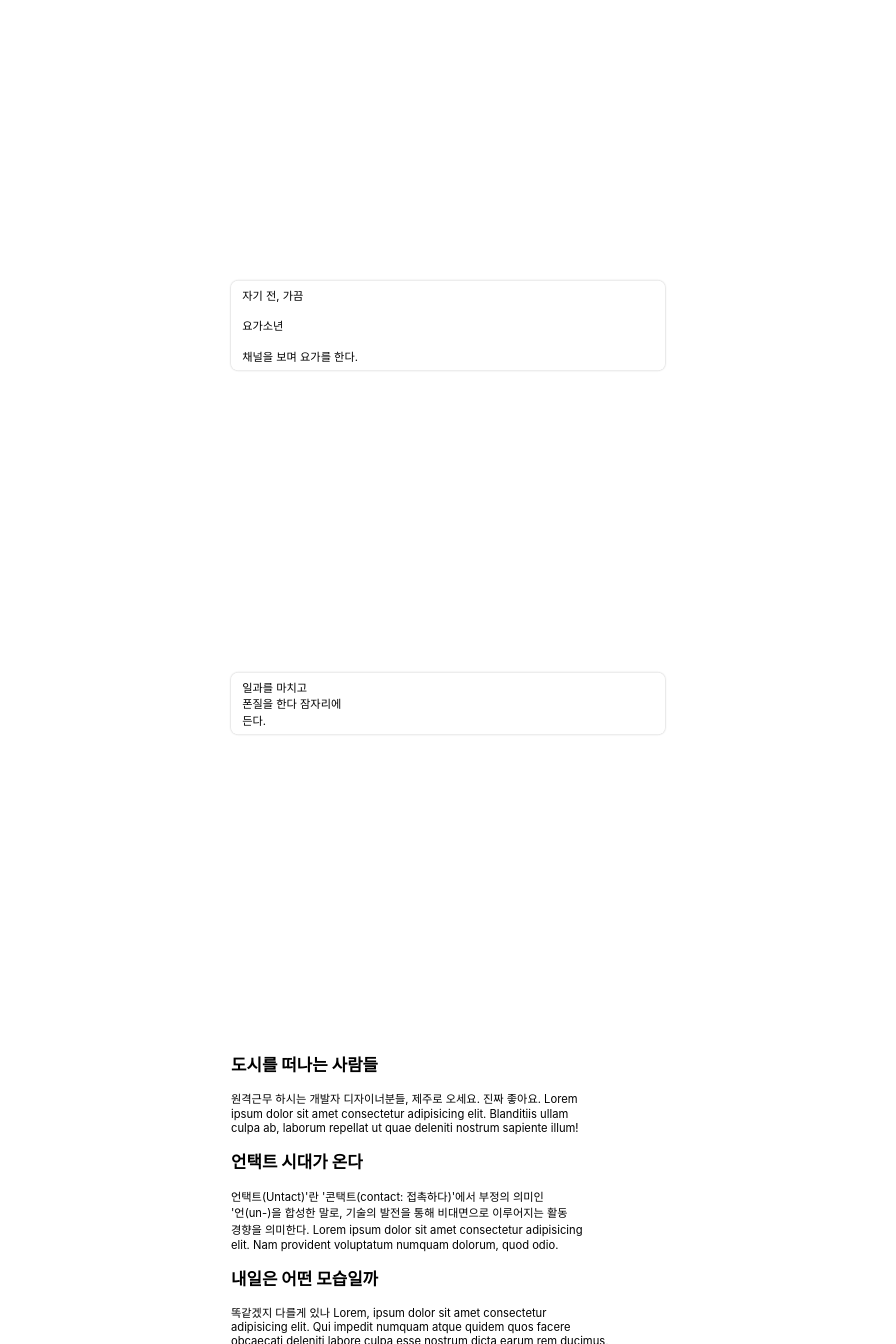
Repository: westone034626/ReactPractice
Page: /
These files come from the project's save history. The page is drawn as it stood at one moment and after the next save; the edit follows.
The browser window is 1280 px wide. The pictures show the part of the page from y = 4580 to 6500 px (the page is 6550 px tall before and 11658 px after), at 70% of full size.
The project was rebuilt for these pictures with package versions that can differ from the ones it lists, and the page was loaded fresh each time. Also part of the build but not shown: src/App.css.

Above is the page before, as saved 2021-10-31 23:52:48.

After the next save:
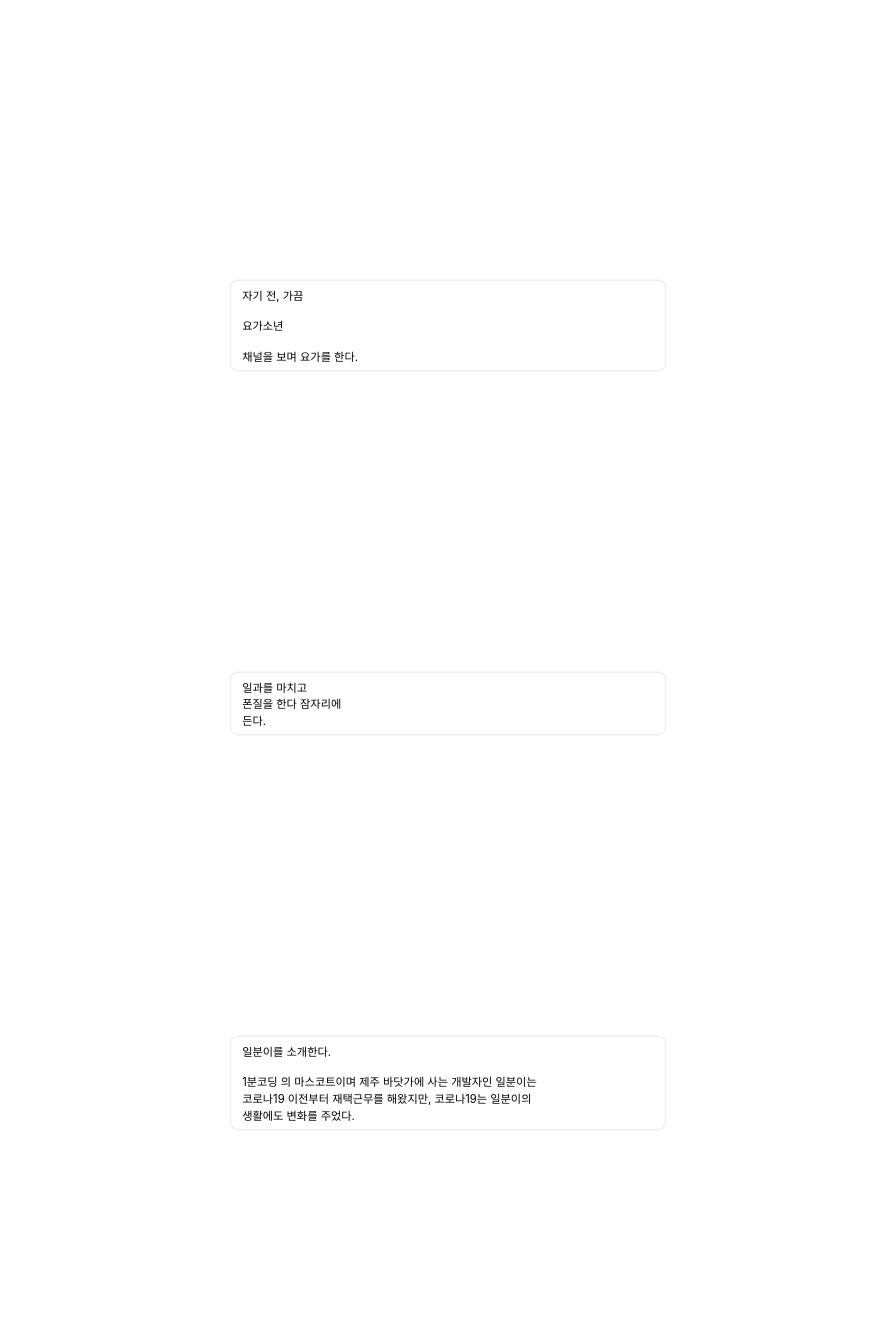
Saved 45 s later.
--- a/src/App.js
+++ b/src/App.js
@@ -101,6 +101,11 @@
           ))}
         </div>
         <div className={`${styles.scrollText} ${styles.globalWidth}`}>
+          {stepItems.map((stepItem) => (
+            <div className={styles.step}>
+              <p style={{ whiteSpace: 'pre-line' }}>{stepItem.content}</p>
+            </div>
+          ))}
           <div className={styles.step}>
             <p style={{ whiteSpace: 'pre-line' }}>
               {`일분이를 소개한다.

After the save that followed:
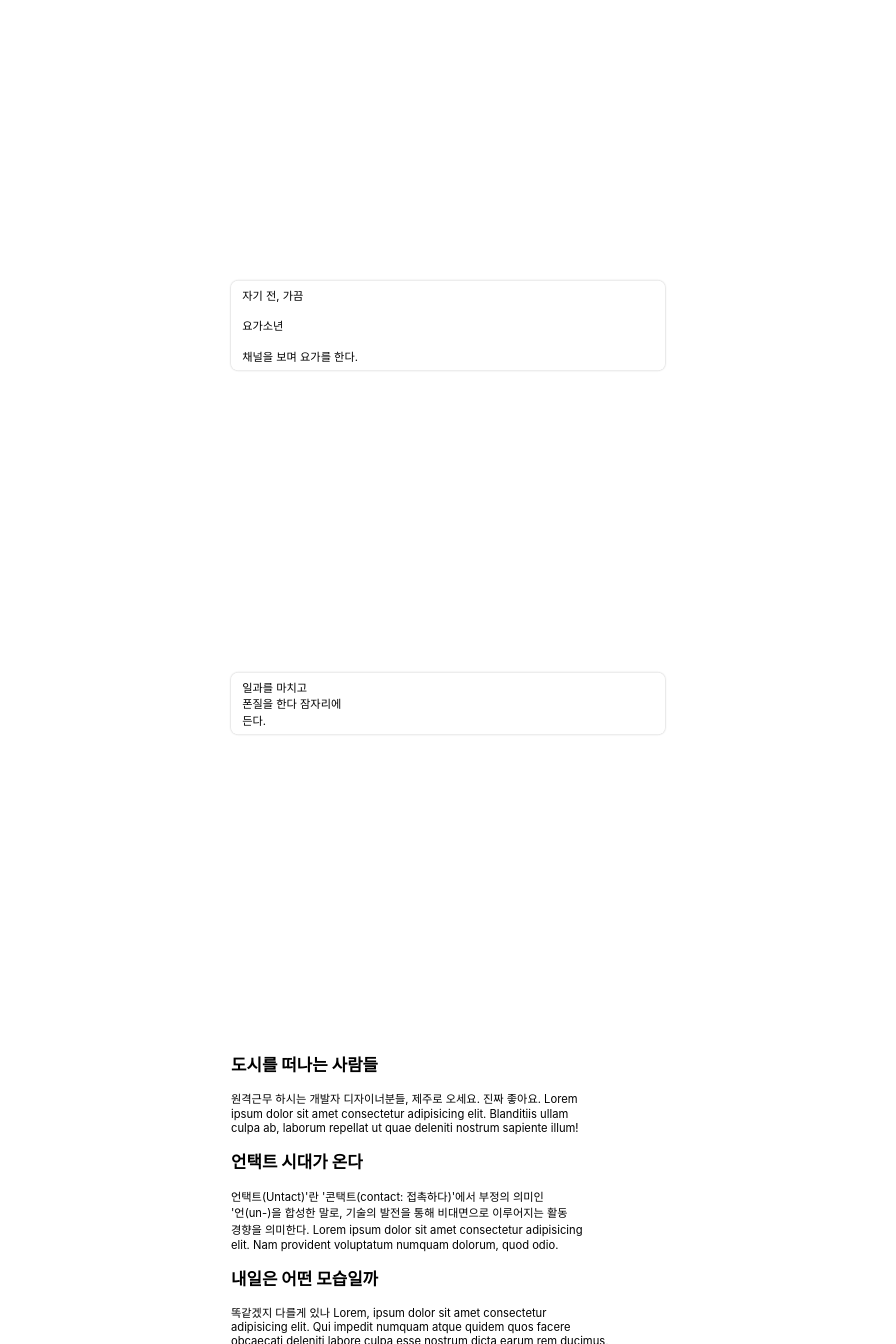
Saved 12 s later.
--- a/src/App.js
+++ b/src/App.js
@@ -106,77 +106,6 @@
               <p style={{ whiteSpace: 'pre-line' }}>{stepItem.content}</p>
             </div>
           ))}
-          <div className={styles.step}>
-            <p style={{ whiteSpace: 'pre-line' }}>
-              {`일분이를 소개한다.
-
-              1분코딩 의 마스코트이며 제주 바닷가에 사는 개발자인 일분이는
-              코로나19 이전부터 재택근무를 해왔지만, 코로나19는 일분이의
-              생활에도 변화를 주었다.
-              `}
-            </p>
-          </div>
-          <div className={styles.step}>
-            <p style={{ whiteSpace: 'pre-line' }}>
-              {`아침에 일어나면, 커피를 내리며 정신을 차린다.`}
-            </p>
-          </div>
-          <div className={styles.step}>
-            <p style={{ whiteSpace: 'pre-line' }}>
-              {`사회적 거리두기를 위해 한적한 바닷길쪽으로 러닝을 한다.
-              가끔 만나는 바닷새와 눈인사를 나눈다.`}
-            </p>
-          </div>
-          <div className={styles.step}>
-            <p style={{ whiteSpace: 'pre-line' }}>{`맞다, 트위터의 걔.`}</p>
-          </div>
-          <div className={styles.step}>
-            <p
-              style={{ whiteSpace: 'pre-line' }}
-            >{`운동을 마치고 집에 돌아와 작업을 시작한다.`}</p>
-          </div>
-          <div className={styles.step}>
-            <p style={{ whiteSpace: 'pre-line' }}>
-              {`밥은 집에서 먹거나, 테이크아웃이 가능한 메뉴를 골라 탁 트인
-              야외에서 먹는다. 물론 사회적 거리두기를 하기 위함이다.
-          `}
-            </p>
-          </div>
-          <div className={styles.step}>
-            <p style={{ whiteSpace: 'pre-line' }}>
-              {`보통 오후 작업은 집 근처의 일하기 좋은 카페에서 해왔지만, 코로나19
-              이후에는 집에서 하는 날이 많아졌다.
-              `}
-            </p>
-          </div>
-          <div className={styles.step}>
-            <p style={{ whiteSpace: 'pre-line' }}>
-              {`라면 매니아 답게 유튜브로
-
-                라면소녀
-
-              채널을 보며 간식으로 라면을 먹는다.
-              `}
-            </p>
-          </div>
-          <div className={styles.step}>
-            <p style={{ whiteSpace: 'pre-line' }}>
-              {`자기 전, 가끔
-
-                요가소년
-
-              채널을 보며 요가를 한다.
-              `}
-            </p>
-          </div>
-          <div className={styles.step}>
-            <p style={{ whiteSpace: 'pre-line' }}>
-              {`일과를 마치고
-              폰질을 한다 잠자리에
-              든다.
-              `}
-            </p>
-          </div>
         </div>
       </div>
       <div className={`${styles.normalContent} ${styles.globalWidth}`}>
